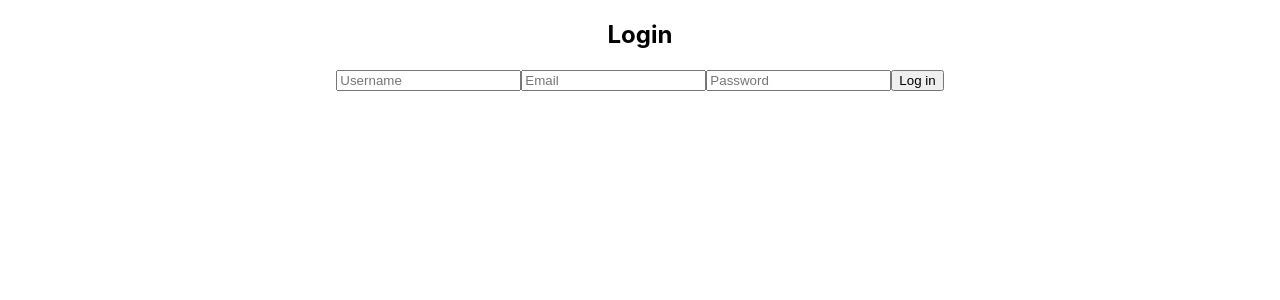
Repository: abhaysharma20233009/swiftKey
Page: /login (app in frontend/my-app/)
The author's editor kept a copy of each file at every save. The page is drawn from the files as they stood at one save, then again after the next save.
The browser window is 1280 px wide. The pictures show the whole page.
The project was rebuilt for these pictures with package versions that can differ from the ones it lists, and the page was loaded fresh each time. Also part of the build but not shown: frontend/my-app/src/Swifts.js, frontend/my-app/src/Results.js.

Above is the page before, as saved 2024-10-10 11:36:27.

After the next save:
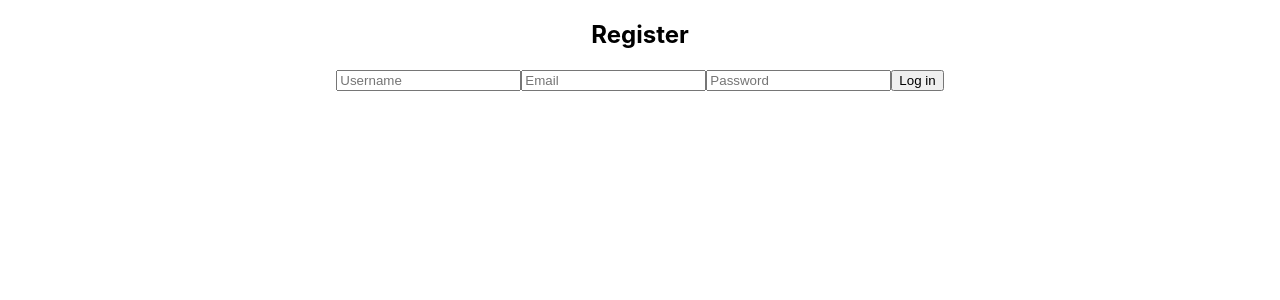
Saved 2 min 6 s later.
--- a/frontend/my-app/src/Login.js
+++ b/frontend/my-app/src/Login.js
@@ -1,67 +1,53 @@
-
-import React, { useState, useEffect } from 'react';
+// Register.js
+import React, { useState } from 'react';
 import { useNavigate } from 'react-router-dom';
-
 const Login = () => {
     const [username, setUsername] = useState('');
     const [email, setEmail] = useState('');
     const [password, setPassword] = useState('');
-    const [isLoggedIn, setIsLoggedIn] = useState(false); // State to track login status
 
     const navigate = useNavigate();
-
     const fetchUser = async () => {
         try {
-            const response = await fetch('http://localhost:7000/user-data'); // Endpoint to fetch user data
-            if (!response.ok) {
-                throw new Error('Failed to fetch user data');
-            }
-            // Handle the response here if needed
+            await fetch('http://localhost:7000/login');
+
         } catch (error) {
-            console.error('Error fetching user data:', error);
+            console.error('Error fetching messages:', error);
         }
     };
 
-    const log = async (e) => {
-        e.preventDefault(); // Prevent default form submission
+    const log = async () => {
         try {
-            const response = await fetch('http://localhost:7000/login', {
+
+          const response=  await fetch('http://localhost:7000/login', {
                 method: 'POST',
                 headers: {
                     'Content-Type': 'application/json',
                 },
-                body: JSON.stringify({ username, email, password }), // Use the correct field name
+                body: JSON.stringify({ userName: username, email, password }),
             });
-
             if (!response.ok) {
                 const errorData = await response.json();
                 alert(errorData.message || errorData.error);
                 return;
             }
+               setUsername('');
+            setPassword('');
+            await fetchUser();
 
-            // Clear fields and set logged in state
-            setUsername('');
-            setEmail('');
-            setPassword('');
-            setIsLoggedIn(true);
-            await  fetchUser(); // Set logged in state to true
+
+             // Await here
 
         } catch (error) {
-            console.error('Error logging in:', error);
+            console.error('Error login:', error);
         }
-    };
+    }
 
-    // useEffect(() => {
-    //     if (isLoggedIn) {
-    //         fetchUser(); // Fetch user data only if logged in
-    //         navigate('/'); // Redirect after successful login
-    //     }
-    // }, [isLoggedIn, navigate]); // Dependency on isLoggedIn
 
     return (
         <div>
-            <h2>Login</h2>
-            <form onSubmit={log}>
+            <h2>Register</h2>
+            <form>
                 <input
                     type="text"
                     placeholder="Username"
@@ -83,7 +69,7 @@ const Login = () => {
                     onChange={(e) => setPassword(e.target.value)}
                     required
                 />
-                <button type="submit">Log in</button>
+                <button onClick={log}>Log in</button>
             </form>
         </div>
     );
